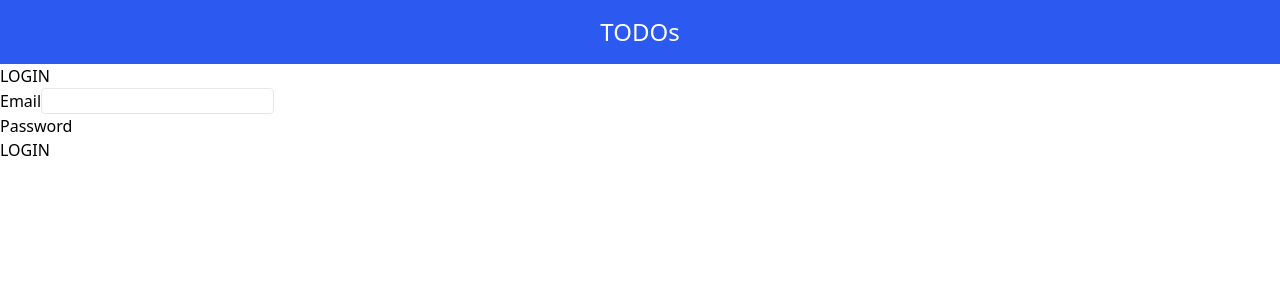
Repository: Jay-JYKim91/wanted-pre-onboarding-challenge-fe-1
Page: /auth
The author's editor kept a copy of each file at every save. The page is drawn from the files as they stood at one save, then again after the next save.
The browser window is 1280 px wide. The pictures show the whole page.
The project was rebuilt for these pictures with package versions that can differ from the ones it lists, and the page was loaded fresh each time.

Above is the page before, as saved 2022-07-29 19:50:58.

After the next save:
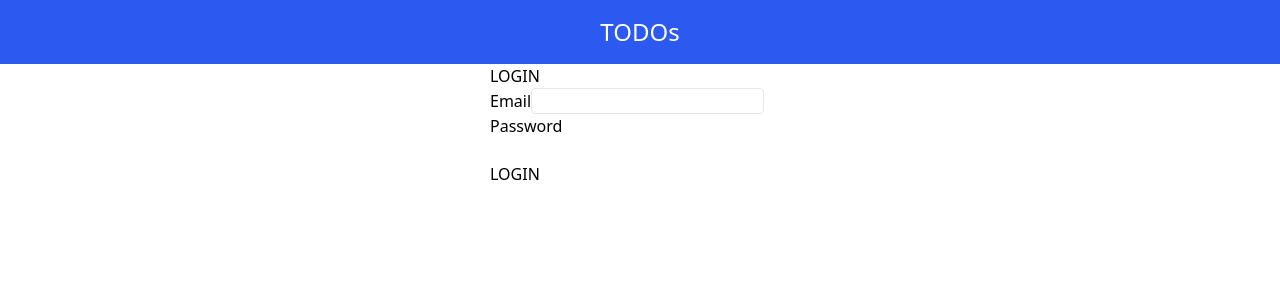
Saved 15 s later.
--- a/src/page/Auth.tsx
+++ b/src/page/Auth.tsx
@@ -3,7 +3,7 @@ import React from "react"
 function Auth() {
   return (
     <div>
-      <div className="max-w-[500px]">
+      <div className="max-w-[300px] m-auto">
         <h1>LOGIN</h1>
         <form>
           <div>
